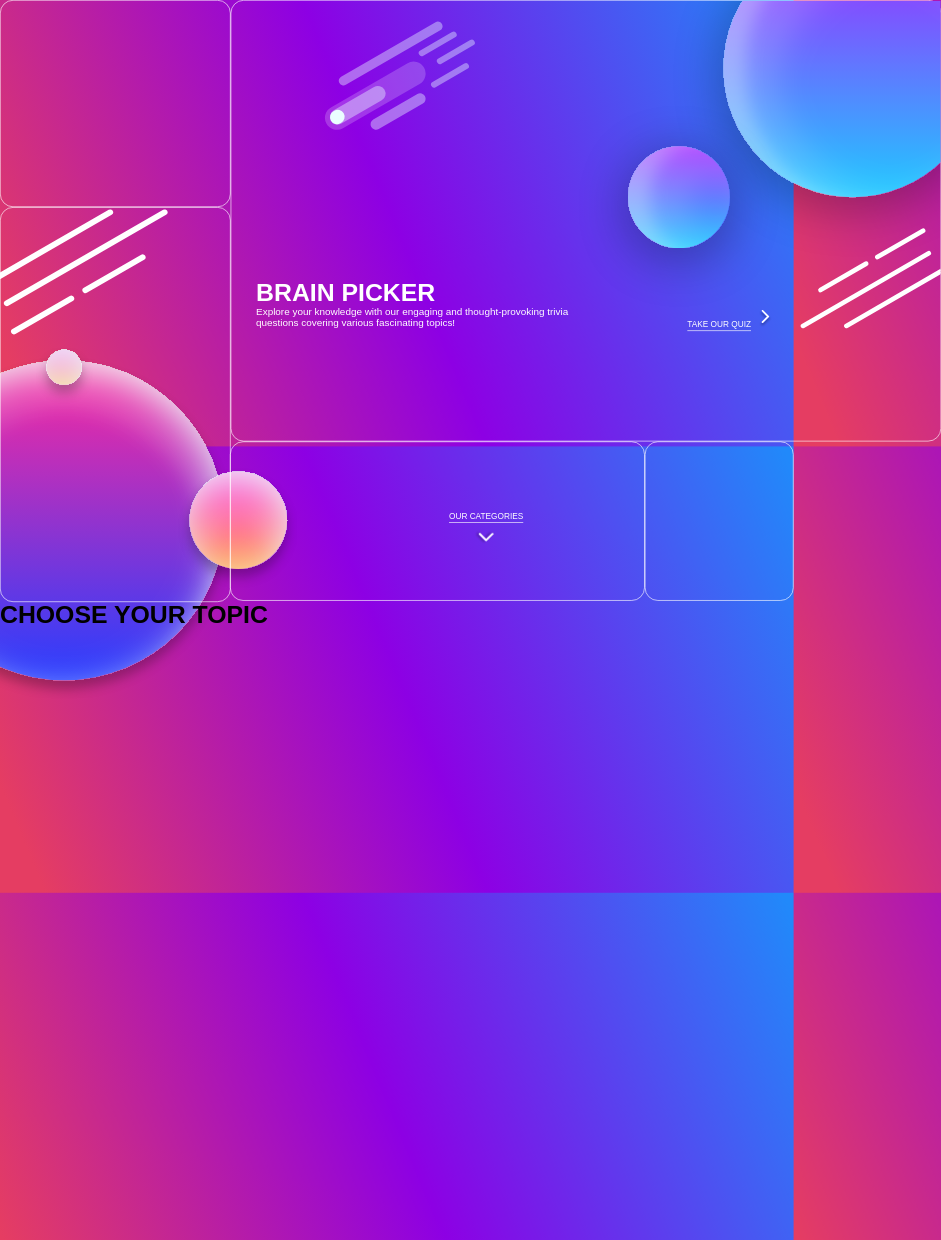
Repository: pjiang604/COMP-2170_Final-Project
Page: index.html
The author's editor kept a copy of each file at every save. The page is drawn from the files as they stood at one save, then again after the next save.
The browser window is 1280 px wide. The page is 1518 px wide, so the pictures cover 1518 px, including what lies to the right of the window. The pictures show the whole page, at 62% of full size.
Backgrounds fixed to the window are drawn as part of the page.

Above is the page before, as saved 2023-04-28 13:42:37.

After the next save:
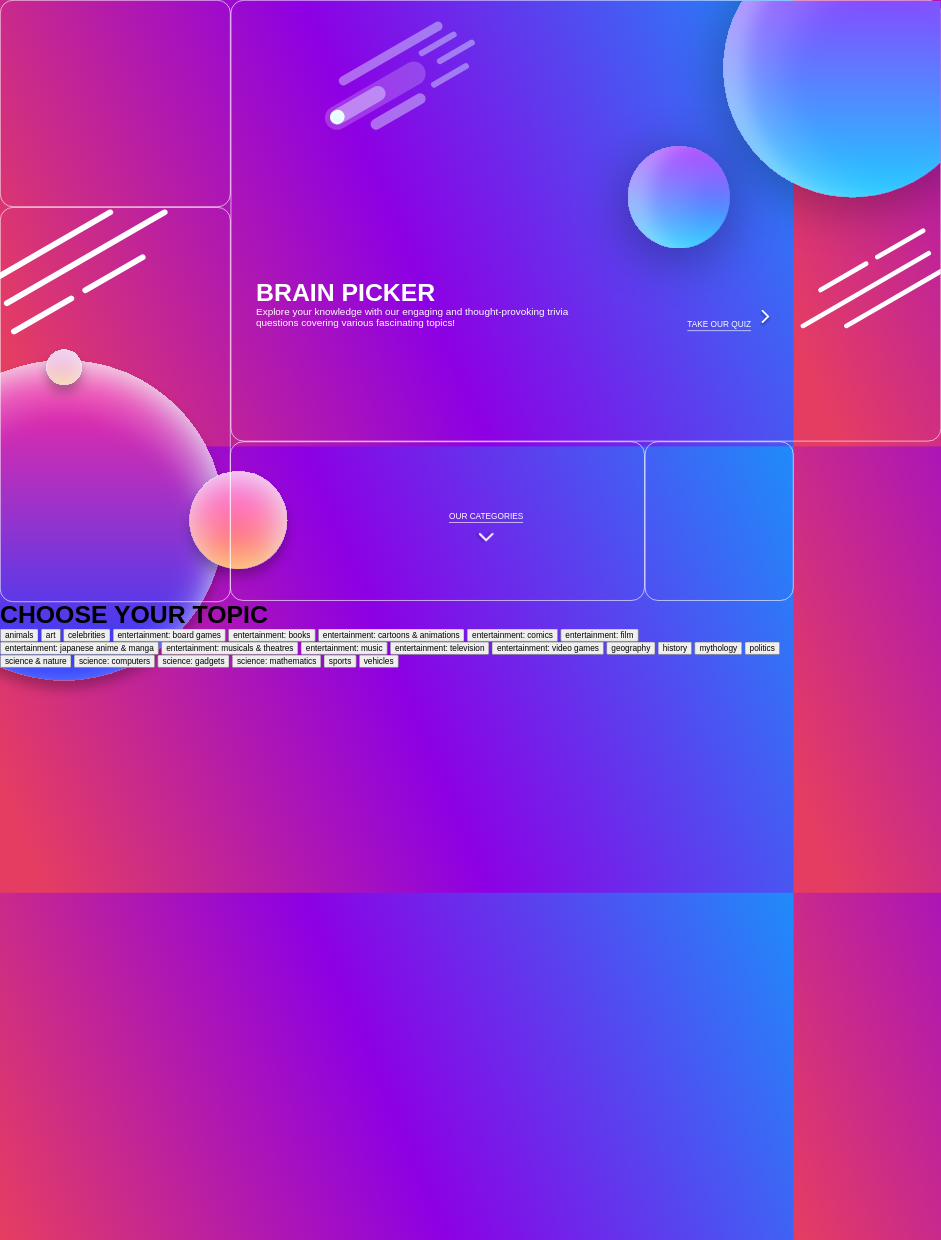
Saved 46 h 24 min later.
--- a/index.html
+++ b/index.html
@@ -52,6 +52,32 @@
 
     <div class="categories__section">
       <h1 class="topics_header">CHOOSE YOUR TOPIC</h1>
+
+      <div class="categories_container">
+        <button class='topic_button' id="animals">animals</button>
+        <button class='topic_button' id="art">art</button>
+        <button class='topic_button' id="celebrities">celebrities</button>
+        <button class='topic_button' id="board_games">entertainment: board games</button>
+        <button class='topic_button' id="books">entertainment: books</button>
+        <button class='topic_button' id="cartoons_animations">entertainment: cartoons & animations</button>
+        <button class='topic_button' id="comics">entertainment: comics</button>
+        <button class='topic_button' id="film">entertainment: film</button>
+        <button class='topic_button' id="japanese_anime">entertainment: japanese anime & manga</button>
+        <button class='topic_button' id="musicals_theatre">entertainment: musicals & theatres</button>
+        <button class='topic_button' id="music">entertainment: music</button>
+        <button class='topic_button' id="television">entertainment: television</button>
+        <button class='topic_button' id="video_games">entertainment: video games</button>
+        <button class='topic_button' id="geography">geography</button>
+        <button class='topic_button' id="history">history</button>
+        <button class='topic_button' id="mythology">mythology</button>
+        <button class='topic_button' id="politics">politics</button>
+        <button class='topic_button' id="science_nature">science & nature</button>
+        <button class='topic_button' id="computers">science: computers</button>
+        <button class='topic_button' id="gadgets">science: gadgets </button>
+        <button class='topic_button' id="mathematics">science: mathematics</button>
+        <button class='topic_button' id="sports">sports</button>
+        <button class='topic_button' id="vehicles">vehicles</button>
+      </div>
     </div>
 
   </body>
